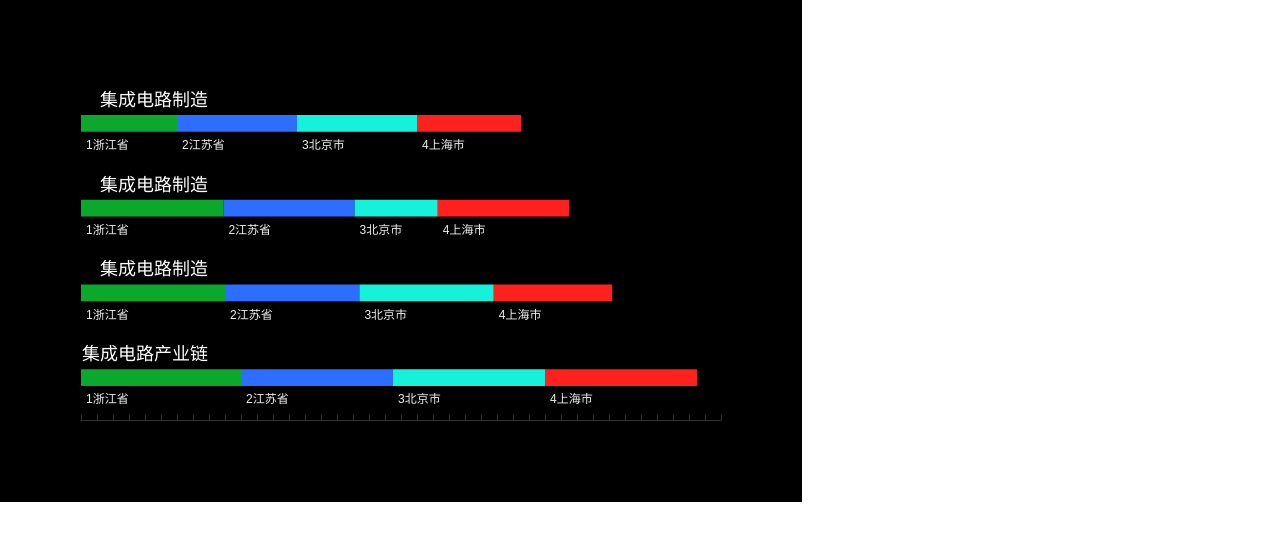
Repository: 572031690/echartproj
Page: /#/test
The author's editor kept a copy of each file at every save. The page is drawn from the files as they stood at one save, then again after the next save.
The browser window is 1280 px wide. The pictures show the whole page.
The project was rebuilt for these pictures with package versions that can differ from the ones it lists, and the page was loaded fresh each time. Also part of the build but not shown: vue.config.js, src/components/Seller.vue, src/views/SellerPage.vue, src/utils/theme_utils.js, src/components/Trend.vue, src/views/TrendPage.vue, src/utils/map_utils.js, src/components/Map.vue and 9 more.

Above is the page before, as saved 2021-08-03 12:48:32.

### public/index.html
<!DOCTYPE html>
<html lang="en">
  <head>
    <meta charset="utf-8">
    <meta http-equiv="X-UA-Compatible" content="IE=edge">
    <meta name="viewport" content="width=device-width,initial-scale=1.0">
    <link rel="icon" href="<%= BASE_URL %>favicon.ico">
    <title><%= htmlWebpackPlugin.options.title %></title>
  </head>
  <body>
    <noscript>
      <strong>We're sorry but <%= htmlWebpackPlugin.options.title %> doesn't work properly without JavaScript enabled. Please enable it to continue.</strong>
    </noscript>
    <div id="app"></div>
    <!-- built files will be auto injected -->
    <!-- 一旦通过script标签引入的echarts.js的文件之后呢, window.echarts -->
    <script src="static/lib/echarts.min.js"></script>
    <!-- 引入主题的js文件 -->
    <script src="static/theme/chalk.js"></script>
    <script src="static/theme/vintage.js"></script>
  </body>
</html>

### src/main.js
import Vue from 'vue'
import App from './App.vue'
import router from './router'
import store from './store'
// 引入字体的文件
import './assets/font/iconfont.css'
// 引入全局的样式文件
import './assets/css/global.less'
import axios from 'axios'
import SocketService from './utils/socket_service'

// 调用socket **********
// import SocketService from '@/utils/socket_service'
// 对服务端进行webSocket连接 *********
// SocketService.Instance.connect()
// Vue.prototype.$socket = SocketService.Instance

// 请求基准路径的配置
axios.defaults.baseURL = 'http://127.0.0.1:8888/api/'
// 将axios挂载到Vue的原型对象上
// 在别的组件中 this.$http
Vue.prototype.$http = axios

// 将全局的echarts对象挂载到Vue的原型对象上
// 别的组件中 this.$echarts
Vue.prototype.$echarts = window.echarts

Vue.config.productionTip = false

new Vue({
  router,
  store,
  render: h => h(App)
}).$mount('#app')

### src/App.vue
<template>
  <div id="app">
    <!-- 路由占位符 -->
    <router-view></router-view>
  </div>
</template>

<style lang="less">

</style>

### src/router/index.js
import Vue from 'vue'
import VueRouter from 'vue-router'
import SellerPage from '@/views/SellerPage'
import TrendPage from '@/views/TrendPage'
import MapPage from '@/views/MapPage'
import RankPage from '@/views/RankPage'
import HotPage from '@/views/HotPage'
import StockPage from '@/views/StockPage'
import Test from '../components/Test.vue'
import ScreenPage from '@/views/ScreenPage'

Vue.use(VueRouter)

const routes = [
  {
    path: '/',
    redirect: '/screen'
  },
  {
    path: '/screen',
    component: ScreenPage
  },
  {
    path: '/sellerpage',
    component: SellerPage
  },
  {
    path: '/trendpage',
    component: TrendPage
  },
  {
    path: '/mappage',
    component: MapPage
  },
  {
    path: '/rankpage',
    component: RankPage
  },
  {
    path: '/hotpage',
    component: HotPage
  },
  {
    path: '/stockpage',
    component: StockPage
  },
  {
    path: '/test',
    component: Test
  }

]

const router = new VueRouter({
  routes
})

export default router

### src/store/index.js
import Vue from 'vue'
import Vuex from 'vuex'

Vue.use(Vuex)

export default new Vuex.Store({
  state: {
    theme: 'chalk'
  },
  mutations: {
    changeTheme (state) {
      if(state.theme === 'chalk'){
        state.theme = 'vintage'
      }else{
        state.theme = 'chalk'
      }
    }
  },
  actions: {
  },
  modules: {
  }
})

### src/assets/css/global.less
html, body, #app {
  width: 100%;
  height: 100%;
  padding: 0;
  margin: 0;
  overflow: hidden;
}

.com-page {
  width: 100%;
  height: 100%;
  overflow: hidden;
}

.com-container {
  width: 100%;
  height: 100%;
  overflow: hidden;
  position: relative;
}

.com-chart {
  width: 100%;
  height: 100%;
  overflow: hidden;
}

canvas {
  border-radius: 20px;
}

/*无法选中图片文字方法*/
span,div,img{
  user-select:none;
}

### src/utils/socket_service.js
export default class SocketService {
    // 单例的设计模式
    //如果别人通过get Instance 来的到我的实例对象 那我只会给他返回同一个实例对象
    static instance = null
    static get Instance() {
        if (!this.instance) {
            this.instance = new SocketService()
        }
        return this.instance
    }

    //和服务端连接的socket对象
    ws = null
    //存储回调函数
    callBackMapping = {}
    //定义连接服务器的方法
    connect() {
        //连接服务器
        if (!window.WebSocket) {
            return console.log('你的浏览器不支持WebSocket');
        }
        this.ws = new WebSocket('ws://localhost:9998')

        //连接服务端成功
        this.ws.onopen = () => {
            console.log('连接服务端成功');
        }
        //连接服务端失败
        this.ws.onclose = () => {
            console.log('连接服务端失败');
        }
        //得到服务端发送过来的数据
        this.ws.onmessage = msg => {
            console.log('从服务端获取数据');
            //得到的数据在msg的data里面
            // console.log(msg.data);
            const recvData = JSON.parse(msg.data)
            const socketType = recvData.socketType
            //判断回调函数是否存在
            if(this.callBackMapping[socketType]){
                const action = recvData.action
                if(action === 'getData') {
                    const realData = JSON.parse(recvData.data)
                    this.callBackMapping[socketType]
                }else if( action === 'fullScreen') {

                }else if(action === 'themeChange') {

                }
            }
        }
    }
    //回调函数的注册
    registerCallBack(socketType, callBack) {
        this.callBackMapping[socketType] = callBack
    }
    //取消某一个回调函数
    unRegisterCallBack(socketType) {
        this.callBackMapping[socketType] = null
    }

}

### src/components/Test.vue
<template>
  <div class="line-chart" ref="mybar">
    123
  </div>
</template>

<script>
export default {
  mounted() {
    this.getData()
    this.initChart()
  },
  data() {
    return {
      chartInstance: null,
      seriesData: [100, 120, 140, 90, 90, 80],
      barChart: {
        xAxisData: ['类别1', '类别2', '类别3', '类别4'],
        dataList: []
      },

      chartData1: [
        { rank: 1, name: '浙江省', value: 100 },
        { rank: 1, name: '江苏省', value: 90 },
        { rank: 1, name: '北京市', value: 89 },
        { rank: 1, name: '上海市', value: 60 }
      ],
      chartData2: [
        { rank: 2, name: '浙江省', value: 95 },
        { rank: 2, name: '江苏省', value: 84 },
        { rank: 2, name: '北京市', value: 82 },
        { rank: 2, name: '上海市', value: 75 }

      ],
      chartData3: [
        { rank: 3, name: '浙江省', value: 95 },
        { rank: 3, name: '江苏省', value: 84 },
        { rank: 3, name: '北京市', value: 52 },
        { rank: 3, name: '上海市', value: 75 }

      ],
      chartData4: [
        { rank: 4, name: '浙江省', value: 95 },
        { rank: 4, name: '江苏省', value: 74 },
        { rank: 4, name: '北京市', value: 82 },
        { rank: 4, name: '上海市', value: 65 }

      ],
      chartData5: [
        { rank: 5, name: '浙江省', value: 85.5 },
        { rank: 5, name: '江苏省', value: 44 },
        { rank: 5, name: '北京市', value: 72 },
        { rank: 5, name: '上海市', value: 75 }

      ],
      yAxisData: ['集成电路产业链', '集成电路制造', '集成电路制造', '集成电路制造']
    }
  },
  methods: {
    initChart() {
      const colorArr1 = [
        'rgba(11, 168, 44)',
        'rgba(44, 110, 255)',
        'rgba(22, 242, 217)',
        'rgba(254, 33, 30)',
        'rgba(250, 105, 0)'
      ]
      const ChartsData = [
        {
          name: '第一列',
          data: this.chartData1
        },
        {
          name: '第一列',
          data: this.chartData2
        },
        {
          name: '第一列',
          data: this.chartData3
        },
        {
          name: '第一列',
          data: this.chartData4
        },
        {
          name: '第一列',
          data: this.chartData5
        }
      ]
      var serises = ChartsData.map((item, index) => {
        if (item.data[index]) {
          return {
            name: item.data[index].name,
            stack: '类1',
            barWidth: '20%', // 宽度
            itemStyle: {
              color: arg => {
                return colorArr1[arg.componentIndex]
              },
              emphasis: { // 鼠标悬浮后的样式变化
                borderWidth: 5,
                borderType: 'solid',
                color: colorArr1[index],
                borderColor: colorArr1[index]
              }
            },
            data: [item.data[0].value, item.data[1].value, item.data[2].value, item.data[3].value],
            type: 'bar',
            label: {
              show: true,
              position: [5, 25],
              textStyle: {
                color: '#eee',
                fontSize: 12
              },
              fontWeight: 100, // 设置下面文字粗细
              formatter: arg => {
                return arg.seriesIndex + 1 + '' + item.data[index].name
              }
            }
          }
        }
      })
      // console.log(serises)
      const chartInstance = this.$echarts.init(this.$refs.mybar)
      const option = {
        tooltip: { // 设置鼠标悬浮提示框
          formatter: arg => {
            console.log(arg, '1111111111')
            return arg.seriesName + ' ' + arg.value
          },
          backgroundColor: '#343c55',
          borderColor: '#3c455a'
        },
        grid: [
          {
            top: 80,
            bottom: 81
          }
        ],
        xAxis: [
          {
            type: 'value',
            // gridIndex: 0,
            axisLabel: {
              // 刻度标签文字
              show: false
            },
            splitLine: {
              show: false
              // x轴横线

            },
            axisLine: {
              // 设置轴线
              show: true
            },
            axisTick: {
              show: true, // 是否显示坐标轴刻度。
              inside: true, // 让坐标轴刻度朝内 默认是false朝外
              length: 5 // 坐标轴刻度线的长度。
            },
            interval: 10 // 强制设置坐标轴刻度间隔值
          }
        ],
        yAxis: [
          {
            type: 'category',
            data: this.yAxisData,
            // gridIndex: 0, // x 轴所在的 grid 的索引，默认位于第一个 grid。
            axisLabel: {
              color: '#fff', // 刻度标签文字的颜色
              padding: [0, 0, 45, 0], // 设置轴文字上下偏移
              textStyle: {
                fontSize: 18
              }
            },
            offset: -135, // 设置x轴的偏移 -92是向上 但是得配合onZero: false,使用 不然负数不会生效
            axisLine: {
              onZero: false,
              // 设置轴线
              show: false
            },
            axisTick: {
              show: false // 是否显示坐标轴刻度。
            }
          }
        ],
        series: serises
      }
      chartInstance.setOption(option)
    },
    getData() {
      let sum = 0
      this.seriesData.forEach(item => (sum += item))
      const aver = sum / this.seriesData.length
      // console.log(aver)
      this.barChart.dataList[0] = this.seriesData.map(item => {
        if (item > aver) return item - aver
        else return 0
      })
      this.barChart.dataList[1] = this.seriesData.map(item => {
        if (item > aver) return aver
        else return item
      })
      // console.log(this.barChart.dataList)
    }
  }
}
</script>

<style>
.line-chart {
  width: 800px;
  height: 500px;
  border: 1px solid black;
  background: #000;
}
</style>

### public/static/theme/vintage.js
(function (root, factory) {
    if (typeof define === 'function' && define.amd) {
        // AMD. Register as an anonymous module.
        define(['exports', 'echarts'], factory);
    } else if (typeof exports === 'object' && typeof exports.nodeName !== 'string') {
        // CommonJS
        factory(exports, require('echarts'));
    } else {
        // Browser globals
        factory({}, root.echarts);
    }
}(this, function (exports, echarts) {
    var log = function (msg) {
        if (typeof console !== 'undefined') {
            console && console.error && console.error(msg);
        }
    };
    if (!echarts) {
        log('ECharts is not Loaded');
        return;
    }
    echarts.registerTheme('vintage', {
        "color": [
            '#0ba82c',
            '#2c6eff',
            '#16f2d9',
            '#fe211e',
            '#fa6900',
            "#eedd78",
            "#73a373",
            "#73b9bc",
            "#7289ab",
            "#91ca8c",
            "#f49f42"
        ],
        "backgroundColor": "#ffffff",
        "textStyle": {},
        "title": {
            "textStyle": {
                "color": "#333333"
            },
            "subtextStyle": {
                "color": "#aaa"
            }
        },
        "line": {
            "itemStyle": {
                "normal": {
                    "borderWidth": "4"
                }
            },
            "lineStyle": {
                "normal": {
                    "width": "3"
                }
            },
            "symbolSize": "0",
            "symbol": "circle",
            "smooth": true
        },
        "radar": {
            "itemStyle": {
                "normal": {
                    "borderWidth": 1
                }
            },
            "lineStyle": {
                "normal": {
                    "width": 2
                }
            },
            "symbolSize": 4,
            "symbol": "emptyCircle",
            "smooth": false
        },
        "bar": {
            "itemStyle": {
                "normal": {
                    "barBorderWidth": 0,
                    "barBorderColor": "#ccc"
                },
                "emphasis": {
                    "barBorderWidth": 0,
                    "barBorderColor": "#ccc"
                }
            }
        },
        "pie": {
            "itemStyle": {
                "normal": {
                    "borderWidth": 0,
                    "borderColor": "#ccc"
                },
                "emphasis": {
                    "borderWidth": 0,
                    "borderColor": "#ccc"
                }
            }
        },
        "scatter": {
            "itemStyle": {
                "normal": {
                    "borderWidth": 0,
                    "borderColor": "#ccc"
                },
                "emphasis": {
                    "borderWidth": 0,
                    "borderColor": "#ccc"
                }
            }
        },
        "boxplot": {
            "itemStyle": {
                "normal": {
                    "borderWidth": 0,
                    "borderColor": "#ccc"
                },
                "emphasis": {
                    "borderWidth": 0,
                    "borderColor": "#ccc"
                }
            }
        },
        "parallel": {
            "itemStyle": {
                "normal": {
                    "borderWidth": 0,
                    "borderColor": "#ccc"
                },
                "emphasis": {
                    "borderWidth": 0,
                    "borderColor": "#ccc"
                }
            }
        },
        "sankey": {
            "itemStyle": {
                "normal": {
                    "borderWidth": 0,
                    "borderColor": "#ccc"
                },
                "emphasis": {
                    "borderWidth": 0,
                    "borderColor": "#ccc"
                }
            }
        },
        "funnel": {
            "itemStyle": {
                "normal": {
                    "borderWidth": 0,
                    "borderColor": "#ccc"
                },
                "emphasis": {
                    "borderWidth": 0,
                    "borderColor": "#ccc"
                }
            }
        },
        "gauge": {
            "itemStyle": {
                "normal": {
                    "borderWidth": 0,
                    "borderColor": "#ccc"
                },
                "emphasis": {
                    "borderWidth": 0,
                    "borderColor": "#ccc"
                }
            }
        },
        "candlestick": {
            "itemStyle": {
                "normal": {
                    "color": "#c23531",
                    "color0": "#314656",
                    "borderColor": "#c23531",
                    "borderColor0": "#314656",
                    "borderWidth": 1
                }
            }
        },
        "graph": {
            "itemStyle": {
                "normal": {
                    "borderWidth": 0,
                    "borderColor": "#ccc"
                }
            },
            "lineStyle": {
                "normal": {
                    "width": 1,
                    "color": "#aaa"
                }
            },
            "symbolSize": 4,
            "symbol": "emptyCircle",
            "smooth": false,
            "color": [
                "#d87c7c",
                "#919e8b",
                "#d7ab82",
                "#6e7074",
                "#61a0a8",
                "#efa18d",
                "#787464",
                "#cc7e63",
                "#724e58",
                "#4b565b"
            ],
            "label": {
                "normal": {
                    "textStyle": {
                        "color": "#eee"
                    }
                }
            }
        },
        "map": {
            "itemStyle": {
                "normal": {
                    "areaColor": "#eeeeee",
                    "borderColor": "#444444",
                    "borderWidth": 0.5
                },
                "emphasis": {
                    "areaColor": "rgba(255,215,0,0.8)",
                    "borderColor": "#444444",
                    "borderWidth": 1
                }
            },
            "label": {
                "normal": {
                    "textStyle": {
                        "color": "#000000"
                    }
                },
                "emphasis": {
                    "textStyle": {
                        "color": "rgb(100,0,0)"
                    }
                }
            }
        },
        "geo": {
            "itemStyle": {
                "normal": {
                    "areaColor": "#eeeeee",
                    "borderColor": "#444444",
                    "borderWidth": 0.5
                },
                "emphasis": {
                    "areaColor": "rgba(255,215,0,0.8)",
                    "borderColor": "#444444",
                    "borderWidth": 1
                }
            },
            "label": {
                "normal": {
                    "textStyle": {
                        "color": "#000000"
                    }
                },
                "emphasis": {
                    "textStyle": {
                        "color": "rgb(100,0,0)"
                    }
                }
            }
        },
        "categoryAxis": {
            "axisLine": {
                "show": true,
                "lineStyle": {
                    "color": "#333"
                }
            },
            "axisTick": {
                "show": true,
                "lineStyle": {
                    "color": "#333"
                }
            },
            "axisLabel": {
                "show": true,
                "textStyle": {
                    "color": "#999"
                }
            },
            "splitLine": {
                "show": false,
                "lineStyle": {
                    "color": [
                        "#ccc"
                    ]
                }
            },
            "splitArea": {
                "show": false,
                "areaStyle": {
                    "color": [
                        "rgba(250,250,250,0.3)",
                        "rgba(200,200,200,0.3)"
                    ]
                }
            }
        },
        "valueAxis": {
            "axisLine": {
                "show": true,
                "lineStyle": {
                    "color": "#666666"
                }
            },
            "axisTick": {
                "show": false,
                "lineStyle": {
                    "color": "#333"
                }
            },
            "axisLabel": {
                "show": true,
                "textStyle": {
                    "color": "#aaaaaa"
                }
            },
            "splitLine": {
                "show": false,
                "lineStyle": {
                    "color": [
                        "#e6e6e6"
                    ]
                }
            },
            "splitArea": {
                "show": false,
                "areaStyle": {
                    "color": [
                        "rgba(250,250,250,0.05)",
                        "rgba(200,200,200,0.02)"
                    ]
                }
            }
        },
        "logAxis": {
            "axisLine": {
                "show": true,
                "lineStyle": {
                    "color": "#333"
                }
            },
            "axisTick": {
                "show": true,
                "lineStyle": {
                    "color": "#333"
                }
            },
            "axisLabel": {
                "show": true,
                "textStyle": {
                    "color": "#333"
                }
            },
            "splitLine": {
                "show": true,
                "lineStyle": {
                    "color": [
                        "#ccc"
                    ]
                }
            },
            "splitArea": {
                "show": false,
                "areaStyle": {
                    "color": [
                        "rgba(250,250,250,0.3)",
                        "rgba(200,200,200,0.3)"
                    ]
                }
            }
        },
        "timeAxis": {
            "axisLine": {
                "show": true,
                "lineStyle": {
                    "color": "#333"
                }
            },
            "axisTick": {
                "show": true,
                "lineStyle": {
                    "color": "#333"
                }
            },
            "axisLabel": {
                "show": true,
                "textStyle": {
                    "color": "#333"
                }
            },
            "splitLine": {
                "show": true,
                "lineStyle": {
                    "color": [
                        "#ccc"
                    ]
                }
            },
            "splitArea": {
                "show": false,
                "areaStyle": {
                    "color": [
                        "rgba(250,250,250,0.3)",
                        "rgba(200,200,200,0.3)"
                    ]
                }
            }
        },
        "toolbox": {
            "iconStyle": {
                "normal": {
                    "borderColor": "#999999"
                },
                "emphasis": {
                    "borderColor": "#666666"
                }
            }
        },
        "legend": {
            "textStyle": {
                "color": "#333333"
            }
        },
        "tooltip": {
            "axisPointer": {
                "lineStyle": {
                    "color": "#cccccc",
                    "width": 1
                },
                "crossStyle": {
                    "color": "#cccccc",
                    "width": 1
                }
            }
        },
        "timeline": {
            "lineStyle": {
                "color": "#293c55",
                "width": 1
            },
            "itemStyle": {
                "normal": {
                    "color": "#293c55",
                    "borderWidth": 1
                },
                "emphasis": {
                    "color": "#a9334c"
                }
            },
            "controlStyle": {
                "normal": {
                    "color": "#293c55",
                    "borderColor": "#293c55",
                    "borderWidth": 0.5
                },
                "emphasis": {
                    "color": "#293c55",
                    "borderColor": "#293c55",
                    "borderWidth": 0.5
                }
            },
            "checkpointStyle": {
                "color": "#e43c59",
                "borderColor": "rgba(194,53,49,0.5)"
            },
            "label": {
                "normal": {
                    "textStyle": {
                        "color": "#293c55"
                    }
                },
                "emphasis": {
                    "textStyle": {
                        "color": "#293c55"
                    }
                }
            }
        },
        "visualMap": {
            "color": [
                "#bf444c",
                "#d88273",
                "#f6efa6"
            ]
        },
        "dataZoom": {
            "backgroundColor": "rgba(47,69,84,0)",
            "dataBackgroundColor": "rgba(47,69,84,0.3)",
            "fillerColor": "rgba(167,183,204,0.4)",
            "handleColor": "#a7b7cc",
            "handleSize": "100%",
            "textStyle": {
                "color": "#333333"
            }
        },
        "markPoint": {
            "label": {
                "normal": {
                    "textStyle": {
                        "color": "#eee"
                    }
                },
                "emphasis": {
                    "textStyle": {
                        "color": "#eee"
                    }
                }
            }
        }
    });
}));

Loaded but not shown: src/assets/font/iconfont.css (common file); public/static/lib/echarts.min.js (library); public/static/theme/chalk.js (521 lines, source omitted)

After the next save:
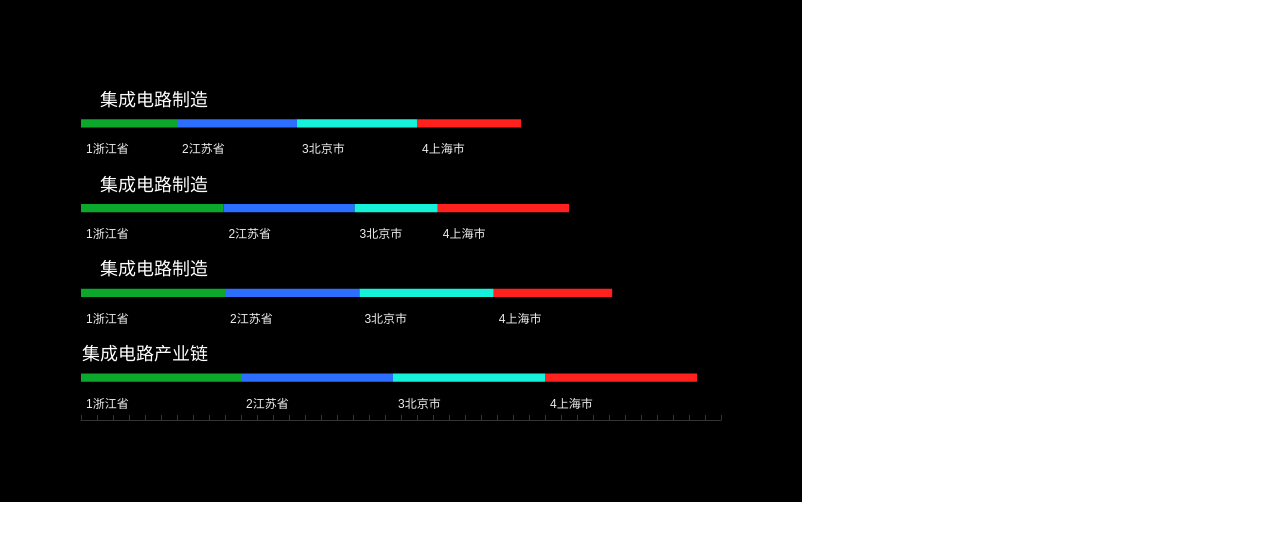
Saved 7 s later.
--- a/src/components/Test.vue
+++ b/src/components/Test.vue
@@ -92,7 +92,7 @@ export default {
           return {
             name: item.data[index].name,
             stack: '类1',
-            barWidth: '20%', // 宽度
+            barWidth: '10%', // 宽度
             itemStyle: {
               color: arg => {
                 return colorArr1[arg.componentIndex]
